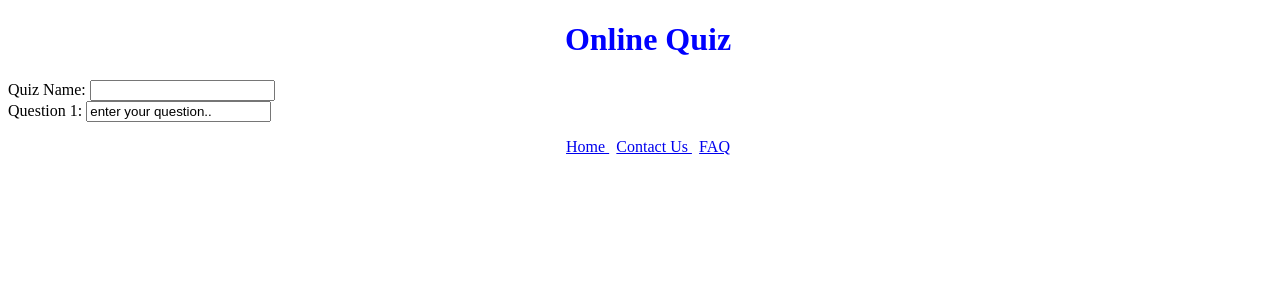
Repository: KaushikVeluruWorld/KaushikJava
Page: http://localhost/OnlineQuiz/newquiz.jsp
The author's editor kept a copy of each file at every save. The page is drawn from the files as they stood at one save, then again after the next save.
The browser window is 1280 px wide. The page is 1288 px wide, so the pictures cover 1288 px, including what lies to the right of the window. The pictures show the whole page.
The page is served by Tomcat 9.

Above is the page before, as saved 2014-12-24 07:49:38.

After the next save:
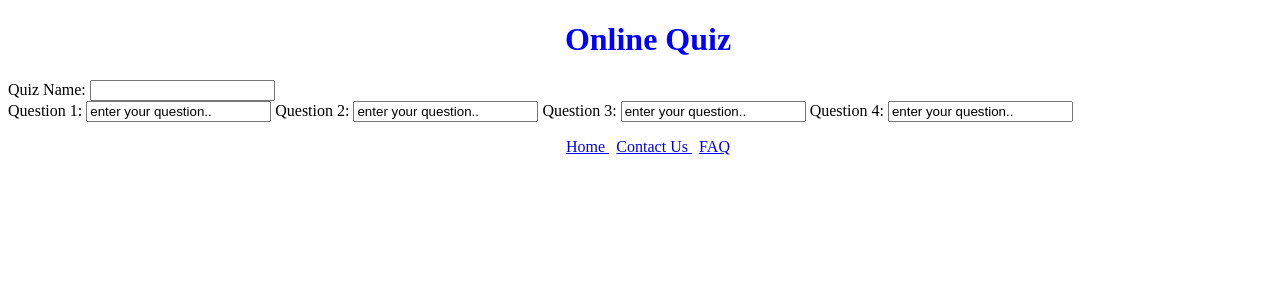
Saved 21 s later.
--- a/Online Quiz Tool/OnlineQuiz/WebContent/newquiz.jsp
+++ b/Online Quiz Tool/OnlineQuiz/WebContent/newquiz.jsp
@@ -12,6 +12,9 @@
 <form>
 Quiz Name: <input name="quizname" type="text"></input></br>
 Question 1: <input type="text" name="qn1" value="enter your question.."/>
+Question 2: <input type="text" name="qn2" value="enter your question.."/>
+Question 3: <input type="text" name="qn3" value="enter your question.."/>
+Question 4: <input type="text" name="qn4" value="enter your question.."/>
 </form>
 
 <jsp:include page="footer.jsp"></jsp:include>
